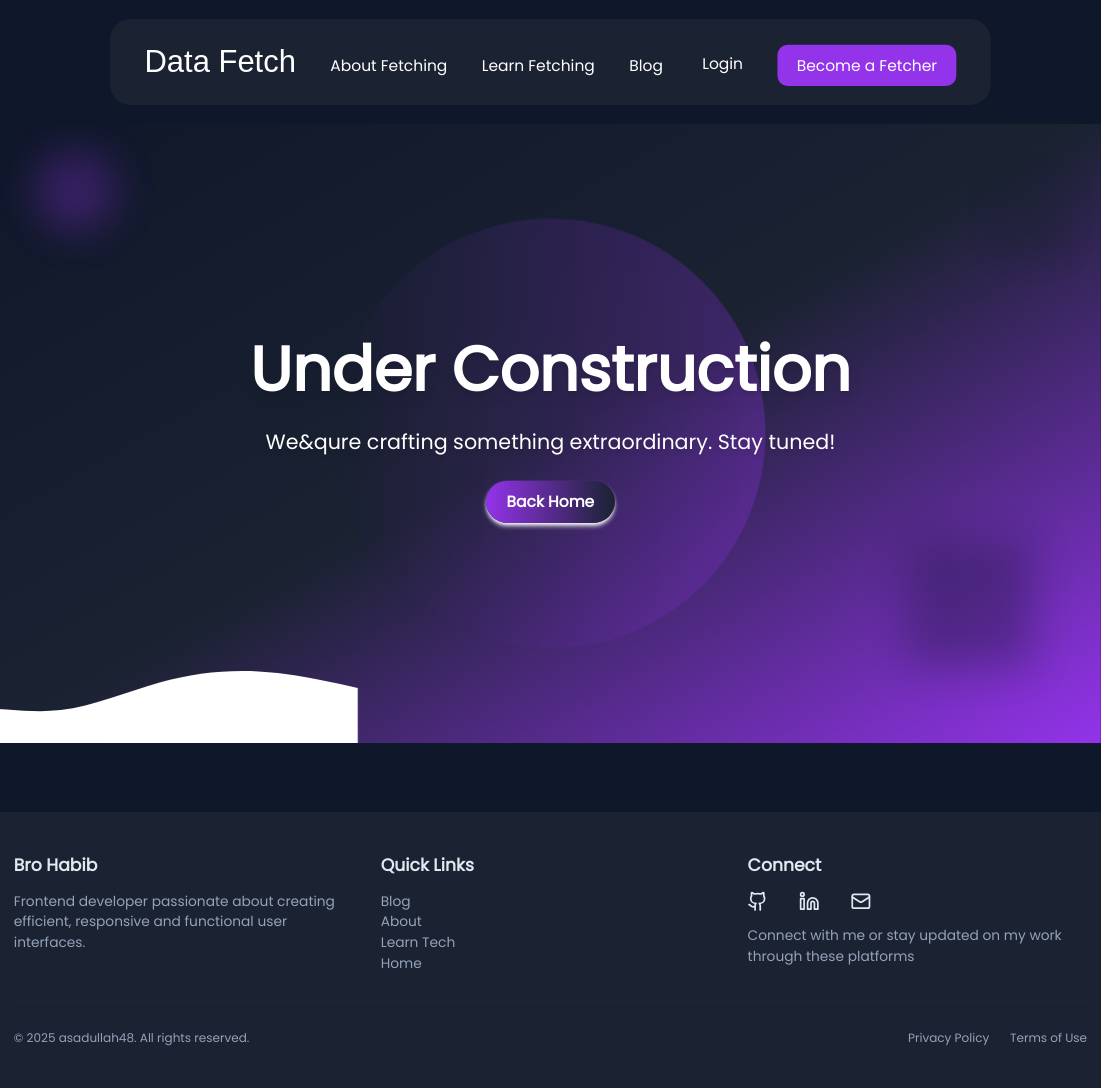
Repository: asadullah48/data-fetch
Page: /learnTech
An editor plug-in stored every save of this project. The page is shown before and after the next save, followed by the edit.
The browser window is 1280 px wide. The pictures show the whole page, at 86% of full size.
Some web fonts or font styles are not loaded; a fallback is used. The project was rebuilt for these pictures with package versions that can differ from the ones it lists, and the page was loaded fresh each time. The framework's server and built-in components were replaced by stand-ins that run in the browser. Also part of the build but not shown: next.config.mjs.

Above is the page before, as saved 2025-01-15 13:54:57.

### src/app/layout.tsx
import type { Metadata } from "next";
import localFont from "next/font/local";
import "./globals.css";
import Navbar from "@/components/Navbar";
import { Poppins } from "next/font/google"
import Footer from "@/components/Footer";


const poppins = Poppins({
  subsets: ['latin'],
  weight: '400'
})

const geistSans = localFont({
  src: "./fonts/GeistVF.woff",
  variable: "--font-geist-sans",
  weight: "100 900",
});
const geistMono = localFont({
  src: "./fonts/GeistMonoVF.woff",
  variable: "--font-geist-mono",
  weight: "100 900",
});

export const metadata: Metadata = {
  title: "Data Fetching",
  description: "Data Fetching in a CSR and SSR",
};

export default function RootLayout({
  children,
}: Readonly<{
  children: React.ReactNode;
}>) {
  return (
    <html lang="en">
      <body
        className={`${geistSans.variable} ${geistMono.variable} ${poppins.className} bg-[#0f172a] text-white antialiased overflow-x-hidden`}
      >
        <Navbar />
        {children}
        <Footer/>
      </body>
    </html>
  );
}

### src/app/learnTech/page.tsx
import Link from 'next/link'
import React from 'react'

export default function learnTechPage() {
  return (
    <div className="h-screen flex items-center justify-center bg-gradient-to-br from-[#0f172a] via-[#1b2232] to-[#9333EA] relative overflow-hidden">
            {/* Background Elements */}
            <div className="absolute inset-0 flex justify-center items-center">
                <div className="w-[500px] h-[500px] bg-gradient-to-r from-[#1b2232] to-[#9333EA] rounded-full opacity-20 animate-pulse"></div>
            </div>

            {/* Floating Animated Shapes */}
            <div className="absolute inset-0">
                <div className="absolute top-10 left-10 w-24 h-24 bg-[#9333EA] rounded-full blur-xl opacity-30 animate-float" />
                <div className="absolute bottom-20 right-20 w-36 h-36 bg-[#0f172a] rounded-lg blur-xl opacity-30 animate-float delay-2000" />
                <div className="absolute top-20 right-10 w-20 h-20 bg-[#1b2232] rounded-lg blur-lg opacity-40 animate-float delay-4000" />
            </div>

            {/* Main Content */}
            <div className="text-center relative z-10">
                <h1 className="text-5xl md:text-7xl font-extrabold text-white drop-shadow-lg animate-bounce">
                    Under Construction
                </h1>
                <p className="text-lg md:text-2xl text-white mt-4 drop-shadow-md">
                    We&qure crafting something extraordinary. Stay tuned!
                </p>

                {/* CTA Button */}
                <div className="mt-10">
                    <Link
                        href="/"
                        className="px-6 py-3 text-lg font-bold text-white bg-gradient-to-r from-[#9333EA] to-[#1b2232] rounded-full shadow-white shadow-md transform transition hover:scale-105 hover:shadow-2xl focus:outline-none"
                    >
                        Back Home
                    </Link>
                </div>
            </div>

            {/* Animated SVG Waves */}
            <div className="absolute bottom-0 left-0 right-0 overflow-hidden leading-none">
                <svg
                    className="w-full h-32 text-white animate-wave"
                    xmlns="http://www.w3.org/2000/svg"
                    viewBox="0 0 1440 320"
                >
                    <path
                        fill="currentColor"
                        fillOpacity="1"
                        d="M0,288L48,272C96,256,192,224,288,218.7C384,213,480,235,576,224C672,213,768,171,864,144C960,117,1056,107,1152,112C1248,117,1344,139,1392,149.3L1440,160L1440,320L1392,320C1344,320,1248,320,1152,320C1056,320,960,320,864,320C768,320,672,320,576,320C480,320,384,320,288,320C192,320,96,320,48,320L0,320Z"
                    ></path>
                </svg>
            </div>
        </div>
  )
}

### src/app/globals.css
@tailwind base;
@tailwind components;
@tailwind utilities;

body {
  font-family: Arial, Helvetica, sans-serif;
}

@layer utilities {
  .text-balance {
    text-wrap: balance;
  }
}

@layer base {
  :root {
    --background: 0 0% 100%;
    --foreground: 20 14.3% 4.1%;
    --card: 0 0% 100%;
    --card-foreground: 20 14.3% 4.1%;
    --popover: 0 0% 100%;
    --popover-foreground: 20 14.3% 4.1%;
    --primary: 24 9.8% 10%;
    --primary-foreground: 60 9.1% 97.8%;
    --secondary: 60 4.8% 95.9%;
    --secondary-foreground: 24 9.8% 10%;
    --muted: 60 4.8% 95.9%;
    --muted-foreground: 25 5.3% 44.7%;
    --accent: 60 4.8% 95.9%;
    --accent-foreground: 24 9.8% 10%;
    --destructive: 0 84.2% 60.2%;
    --destructive-foreground: 60 9.1% 97.8%;
    --border: 20 5.9% 90%;
    --input: 20 5.9% 90%;
    --ring: 20 14.3% 4.1%;
    --chart-1: 12 76% 61%;
    --chart-2: 173 58% 39%;
    --chart-3: 197 37% 24%;
    --chart-4: 43 74% 66%;
    --chart-5: 27 87% 67%;
    --radius: 0.5rem;
  }
  .dark {
    --background: 20 14.3% 4.1%;
    --foreground: 60 9.1% 97.8%;
    --card: 20 14.3% 4.1%;
    --card-foreground: 60 9.1% 97.8%;
    --popover: 20 14.3% 4.1%;
    --popover-foreground: 60 9.1% 97.8%;
    --primary: 60 9.1% 97.8%;
    --primary-foreground: 24 9.8% 10%;
    --secondary: 12 6.5% 15.1%;
    --secondary-foreground: 60 9.1% 97.8%;
    --muted: 12 6.5% 15.1%;
    --muted-foreground: 24 5.4% 63.9%;
    --accent: 12 6.5% 15.1%;
    --accent-foreground: 60 9.1% 97.8%;
    --destructive: 0 62.8% 30.6%;
    --destructive-foreground: 60 9.1% 97.8%;
    --border: 12 6.5% 15.1%;
    --input: 12 6.5% 15.1%;
    --ring: 24 5.7% 82.9%;
    --chart-1: 220 70% 50%;
    --chart-2: 160 60% 45%;
    --chart-3: 30 80% 55%;
    --chart-4: 280 65% 60%;
    --chart-5: 340 75% 55%;
  }
}

@layer base {
  * {
    @apply border-border;
  }
  body {
    @apply bg-background text-foreground;
  }
}

### src/components/Navbar.tsx
"use client"
import { useState } from 'react';
import { Agbalumo } from "next/font/google"
import Link from "next/link"

const agbalumo = Agbalumo({
    subsets: ['latin'],
    weight: '400'
})


export default function Navbar() {
    const [isMenuOpen, setIsMenuOpen] = useState(false);

    const toggleMenu = () => setIsMenuOpen(!isMenuOpen);

    return (
        <div className="h-[144px] w-screen flex justify-center items-center">
            <div className="h-[100px] w-full relative md:w-[80%] md:rounded-3xl bg-[#1b2232] text-white flex justify-between items-center px-10">
                {/* Logo and Links */}
                <div className="flex justify-center items-center gap-10">
                <Link href={"/"}>
                    <h1 className={`${agbalumo.className} text-4xl`}>Data Fetch</h1>
                </Link>

                    <div className="hidden lg:flex gap-10">
                        <Link href={"/about"} className="text-lg mt-2">About Fetching</Link>
                        <Link href={"/learnTech"} className="text-lg mt-2">Learn Fetching</Link>
                        <Link href={"/blog"} className="text-lg mt-2">Blog</Link>
                    </div>
                </div>

                {/* Navbar Buttons */}
                <div className="hidden md:flex gap-10">
                    <Link href={"/login"} className="text-lg mt-4">Login</Link>
                    <Link href={"/signup"} className="text-lg mt-2 h-12 bg-PrimaryPurple flex justify-center items-center w-52 rounded-xl">Become a Fetcher</Link>
                </div>

                {/* Hamburger Menu for Mobile */}
                <div className="lg:hidden flex items-center gap-4">
                    {/* <h1 className="font-bold text-4xl">Data Fetch</h1> */}
                    <button onClick={toggleMenu} className="text-white text-2xl">
                        {/* Hamburger Icon */}
                        {isMenuOpen ? 'X' : '☰'}
                    </button>
                </div>
            </div>

            {/* Dropdown Menu for Mobile */}
            {isMenuOpen && (
                <div className='z-50 h-screen fixed top-1/4 w-full flex justify-center items-center bg-[#1b2232]/70 backdrop-blur-md '>
                <div className=" lg:hidden  text-white  text-center py-4 flex flex-col justify-center items-start gap-5">
                    <Link href={"/about"} onClick={()=> setIsMenuOpen(false)} className="block text-lg mt-2">About Fetching</Link>
                    <Link href={"/learnTech"} onClick={()=> setIsMenuOpen(false)} className="block text-lg mt-2">Learn fetching</Link>
                    <Link href={"/blog"} onClick={()=> setIsMenuOpen(false)} className="block text-lg mt-2">Blog</Link>
                    <Link href={"/login"} onClick={()=> setIsMenuOpen(false)} className="block text-lg mt-2">Login</Link>
                    <Link href={"/signup"} onClick={()=> setIsMenuOpen(false)} className=" text-lg mt-2 h-12 bg-PrimaryPurple flex justify-start pl-2 items-center w-52 rounded-xl">Become a Techie</Link>
                </div>
                </div>
            )}
        </div>
    )
}

### src/components/Footer.tsx
import React from 'react'
import { Github,  Linkedin, Mail } from 'lucide-react';
import Link from 'next/link';
export default function Footer() {
  const currentYear = new Date().getFullYear();

  return (
    <div className="bg-[#1b2232] mt-20 text-slate-200 py-12 ">
      <div className="container mx-auto px-4">
        {/* Main Footer Content */}
        <div className="grid grid-cols-1 md:grid-cols-3 gap-8 mb-8">
          {/* About Section */}
          <div>
            <h3 className="text-xl font-semibold mb-4">Bro Habib</h3>
            <p className="text-slate-400 mb-4">
              Frontend developer passionate about creating efficient, responsive and functional user interfaces.
            </p>
          </div>

          {/* Quick Links */}
          <div>
            <h3 className="text-xl font-semibold mb-4">Quick Links</h3>
            <ul className="space-y-2 text-slate-400">
              <Link href="/blog" className="hover:text-slate-200 transition-colors"><li>Blog</li>
              </Link>
              <Link href="/about" className="hover:text-slate-200 transition-colors"><li>About</li>
              </Link>
              <Link href="/learnTech" className="hover:text-slate-200 transition-colors"><li>Learn Tech</li>
              </Link>
              <Link href="/" className="hover:text-slate-200 transition-colors"><li>Home</li>
              </Link>
            </ul>
          </div>

          {/* Connect Section */}
          <div>
            <h3 className="text-xl font-semibold mb-4">Connect</h3>
            <div className="flex space-x-4 mb-4 gap-5">
              <Link href="https://github.com/asadullah48/data-fetch" className="hover:text-slate-200 transition-colors">
                <Github size={24} />
              </Link>

              <Link href="https://www.linkedin.com/in/asadullah-shafique-a00679325/" className="hover:text-slate-200 transition-colors">
                <Linkedin size={24} />
              </Link>

              <Link href="mailto:asadullahshafique@hotmail.com" className="hover:text-slate-200 transition-colors">
                <Mail size={24} />
              </Link>

            </div>
            <p className="text-slate-400">
            Connect with me or stay updated on my work through these platforms
            </p>
          </div>
        </div>

        {/* Bottom Bar */}
        <div className="pt-8 border-t border-slate-800">
          <div className="flex flex-col md:flex-row justify-between items-center space-y-4 md:space-y-0">
            <p className="text-slate-400 text-sm">
              © {currentYear} asadullah48. All rights reserved.
            </p>
            <div className="flex space-x-6 text-sm text-slate-400">
              <a href="/privacy" className="hover:text-slate-200 transition-colors">Privacy Policy</a>
              <a href="/terms" className="hover:text-slate-200 transition-colors">Terms of Use</a>
            </div>
          </div>
        </div>
      </div>
    </div>
  )
}

### tailwind.config.ts
import type { Config } from "tailwindcss";

const config: Config = {
	darkMode: ["class"],
	content: [
		"./src/pages/**/*.{js,ts,jsx,tsx,mdx}",
		"./src/components/**/*.{js,ts,jsx,tsx,mdx}",
		"./src/app/**/*.{js,ts,jsx,tsx,mdx}",
	],
	theme: {
		extend: {

			animation: {
				'spin-slow': 'spin 3s linear infinite',
				orbit: 'orbit 1.5s linear infinite',
				// dash: 'dash 2s ease-in-out infinite',
				float: 'float 6s ease-in-out infinite',
				wave: 'wave 8s linear infinite',
				bounce: 'bounce 2s infinite',
			},
			keyframes: {
				orbit: {
					'0%': { transform: 'rotate(0deg) translateX(30px) rotate(0deg)' },
					'100%': { transform: 'rotate(360deg) translateX(30px) rotate(-360deg)' },
				},
				dash: {
					'0%': { strokeDashoffset: '880px' },
					'100%': { strokeDashoffset: '0px' },
				},
				float: {
					'0%, 100%': { transform: 'translateY(-10px)' },
					'50%': { transform: 'translateY(10px)' },
				  },
				  wave: {
					'0%': { transform: 'translateX(100%)' },
					'100%': { transform: 'translateX(-100%)' },
				  },
			},
			colors: {
				background: 'hsl(var(--background))',
				PrimaryPurple: '#9333EA',
				foreground: 'hsl(var(--foreground))',
				card: {
					DEFAULT: 'hsl(var(--card))',
					foreground: 'hsl(var(--card-foreground))'
				},
				popover: {
					DEFAULT: 'hsl(var(--popover))',
					foreground: 'hsl(var(--popover-foreground))'
				},
				primary: {
					DEFAULT: 'hsl(var(--primary))',
					foreground: 'hsl(var(--primary-foreground))'
				},
				secondary: {
					DEFAULT: 'hsl(var(--secondary))',
					foreground: 'hsl(var(--secondary-foreground))'
				},
				muted: {
					DEFAULT: 'hsl(var(--muted))',
					foreground: 'hsl(var(--muted-foreground))'
				},
				accent: {
					DEFAULT: 'hsl(var(--accent))',
					foreground: 'hsl(var(--accent-foreground))'
				},
				destructive: {
					DEFAULT: 'hsl(var(--destructive))',
					foreground: 'hsl(var(--destructive-foreground))'
				},
				border: 'hsl(var(--border))',
				input: 'hsl(var(--input))',
				ring: 'hsl(var(--ring))',
				chart: {
					'1': 'hsl(var(--chart-1))',
					'2': 'hsl(var(--chart-2))',
					'3': 'hsl(var(--chart-3))',
					'4': 'hsl(var(--chart-4))',
					'5': 'hsl(var(--chart-5))'
				}
			},
			borderRadius: {
				lg: 'var(--radius)',
				md: 'calc(var(--radius) - 2px)',
				sm: 'calc(var(--radius) - 4px)'
			}
		}
	},
	plugins: [require("tailwindcss-animate")],
};
export default config;

After the next save:
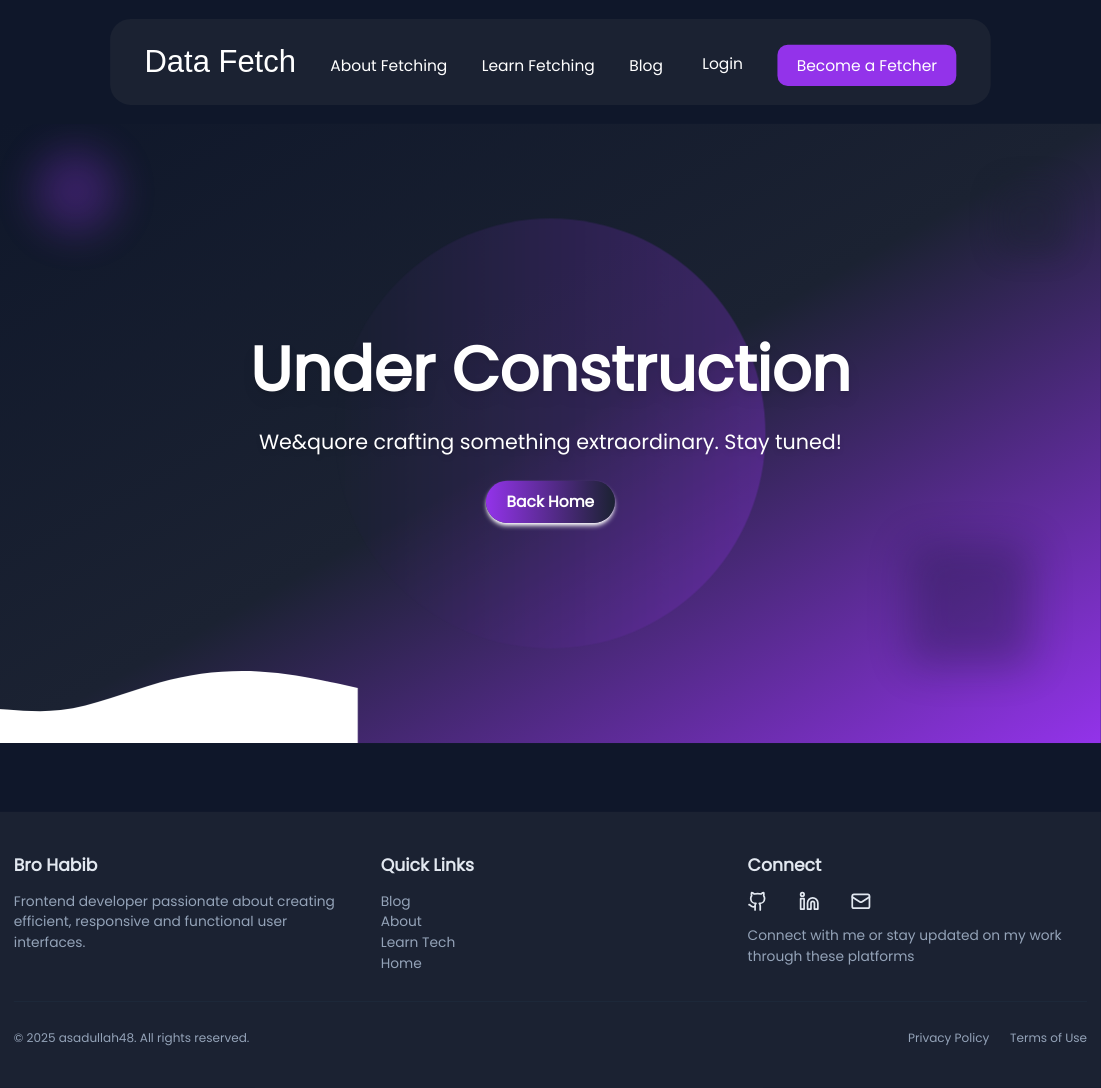
Saved 4 s later.
--- a/src/app/learnTech/page.tsx
+++ b/src/app/learnTech/page.tsx
@@ -22,7 +22,7 @@ export default function learnTechPage() {
                     Under Construction
                 </h1>
                 <p className="text-lg md:text-2xl text-white mt-4 drop-shadow-md">
-                    We&qure crafting something extraordinary. Stay tuned!
+                    We&quore crafting something extraordinary. Stay tuned!
                 </p>
 
                 {/* CTA Button */}
